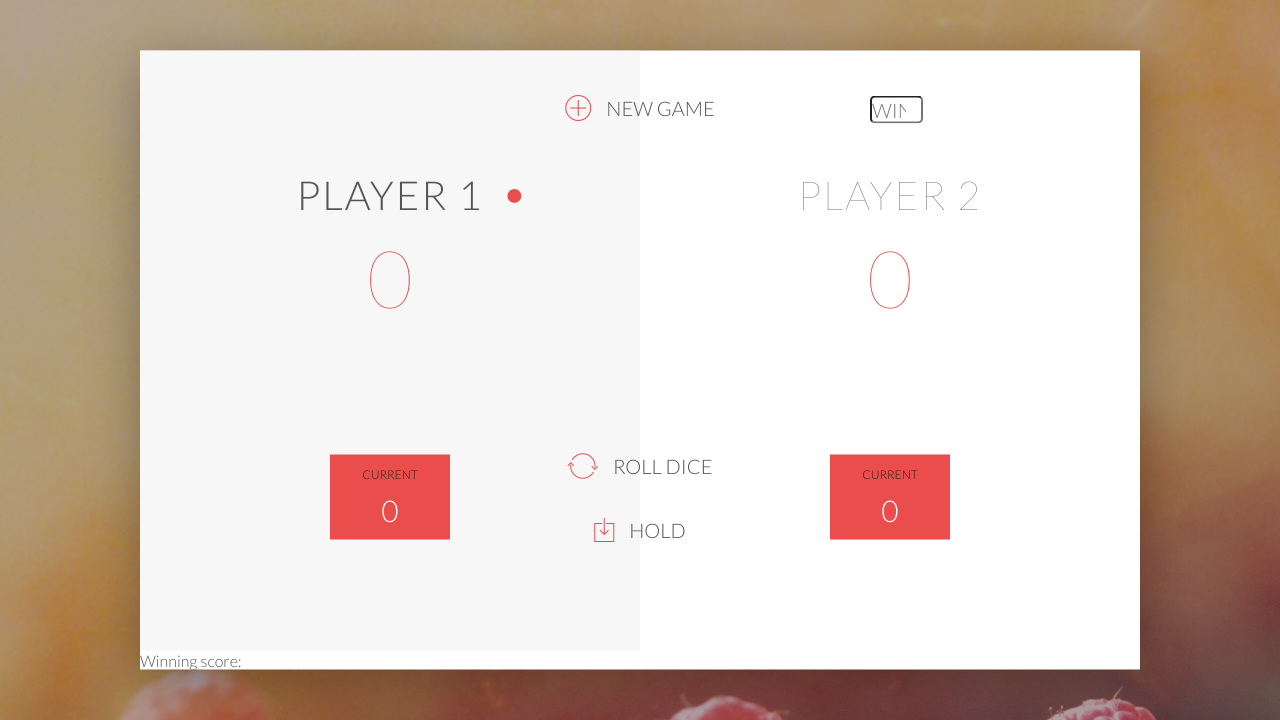
Repository: hexanek/hexanek.github.io
Page: pig-game/index.html
An editor plug-in stored every save of this project. The page is shown before and after a run of saves, followed by the edit.
The browser window is 1280 px wide. The pictures show the whole page.

Above is the page before, as saved 2019-12-19 23:55:38.

### pig-game/index.html
<!DOCTYPE html>
<html lang="en">
    <head>
        <meta charset="UTF-8">
        <link href="https://fonts.googleapis.com/css?family=Lato:100,300,600" rel="stylesheet" type="text/css">
        <link href="http://code.ionicframework.com/ionicons/2.0.1/css/ionicons.min.css" rel="stylesheet" type="text/css">
        <link type="text/css" rel="stylesheet" href="style.css">

        <title>Pig Game</title>
    </head>

    <body>
        <div class="wrapper clearfix">
            <div class="player-0-panel active">
                <div class="player-name" id="name-0">Player 1</div>
                <div class="player-score" id="score-0">43</div>
                <div class="player-current-box">
                    <div class="player-current-label">Current</div>
                    <div class="player-current-score" id="current-0">11</div>
                </div>
            </div>

            <div class="player-1-panel">
                <div class="player-name" id="name-1">Player 2</div>
                <div class="player-score" id="score-1">72</div>
                <div class="player-current-box">
                    <div class="player-current-label">Current</div>
                    <div class="player-current-score" id="current-1">0</div>
                </div>
            </div>

            <button class="btn-new"><i class="ion-ios-plus-outline"></i>New game</button>
            <button class="btn-roll"><i class="ion-ios-loop"></i>Roll dice</button>
            <button class="btn-hold"><i class="ion-ios-download-outline"></i>Hold</button>
            <!-- <button class="btn-save" form="formScore"><i class="ion-archive"></i>Save</button> -->
            <!-- <form class="form-score" id="formScore"> -->
            Winning score: <input class="input-score" type="number" name="WinningScore" placeholder="Winning score: " id="winScore">
            <!-- </form> -->
            <img src="dice-5.png" alt="Dice" class="dice">
            <img src="dice-5.png" alt="Dice2" class="dice2" id="dice2">

        </div>

        <script src="app.js"></script>
    </body>
</html>

### pig-game/style.css
/**********************************************
*** GENERAL
**********************************************/

* {
    margin: 0;
    padding: 0;
    box-sizing: border-box;

}

.clearfix::after {
    content: "";
    display: table;
    clear: both;
}

body {
    background-image: linear-gradient(rgba(62, 20, 20, 0.4), rgba(62, 20, 20, 0.4)), url(back.jpg);
    background-size: cover;
    background-position: center;
    font-family: Lato;
    font-weight: 300;
    position: relative;
    height: 100vh;
    color: #555;
}

.wrapper {
    width: 1000px;
    position: absolute;
    top: 50%;
    left: 50%;
    transform: translate(-50%, -50%);
    background-color: #fff;
    box-shadow: 0px 10px 50px rgba(0, 0, 0, 0.3);
    overflow: hidden;
}

.player-0-panel,
.player-1-panel {
    width: 50%;
    float: left;
    height: 600px;
    padding: 100px;
}



/**********************************************
*** PLAYERS
**********************************************/

.player-name {
    font-size: 40px;
    text-align: center;
    text-transform: uppercase;
    letter-spacing: 2px;
    font-weight: 100;
    margin-top: 20px;
    margin-bottom: 10px;
    position: relative;
}

.player-score {
    text-align: center;
    font-size: 80px;
    font-weight: 100;
    color: #EB4D4D;
    margin-bottom: 130px;
}

.active { background-color: #f7f7f7; }
.active .player-name { font-weight: 300; }

.active .player-name::after {
    content: "\2022";
    font-size: 47px;
    position: absolute;
    color: #EB4D4D;
    top: -7px;
    right: 10px;

}

.player-current-box {
    background-color: #EB4D4D;
    color: #fff;
    width: 40%;
    margin: 0 auto;
    padding: 12px;
    text-align: center;
}

.player-current-label {
    text-transform: uppercase;
    margin-bottom: 10px;
    font-size: 12px;
    color: #222;
}

.player-current-score {
    font-size: 30px;
}

button {
    position: absolute;
    width: 200px;
    left: 50%;
    transform: translateX(-50%);
    color: #555;
    background: none;
    border: none;
    font-family: Lato;
    font-size: 20px;
    text-transform: uppercase;
    cursor: pointer;
    font-weight: 300;
    transition: background-color 0.3s, color 0.3s;
}


button:hover { font-weight: 600; }
button:hover i { margin-right: 20px; }

button:focus {
    outline: none;
}

i {
    color: #EB4D4D;
    display: inline-block;
    margin-right: 15px;
    font-size: 32px;
    line-height: 1;
    vertical-align: text-top;
    margin-top: -4px;
    transition: margin 0.3s;
}

.btn-new { top: 45px;}
.btn-roll { top: 403px;}
.btn-hold { top: 467px;}
.btn-save {
    left: 90%;
    top: 45px;
}
/* .input-score {
     top: 83px;
     position: absolute;
    width: 53px;
    left: 50%;
    transform: translateX(-50%);
    color: #555;
    background: none;
    border-radius: 5px;
    font-family: Lato;
    font-size: 20px;
    text-transform: uppercase;
    cursor: default;
    font-weight: 300;
    transition: background-color 0.3s, color 0.3s;
    } */
.input:focus{
    border: 3px solid #555;
}
/* .form-score{
    top: 45px;
     position: absolute;
    width: 240px;
    left: 73%;
    transform: translateX(-50%);
    color: #555;
    background: none;
    border-radius: 5px;
    font-family: Lato;
    font-size: 20px;
    text-transform: uppercase;
    cursor: default;
    font-weight: 300;
    transition: background-color 0.3s, color 0.3s;
} */
.input-score {
    position: absolute;
    top: 45px;
    left: 73%;
    text-align: center;
    width: 53px;
    color: #555;
    background: none;
    border-radius: 5px;
    font-family: Lato;
    font-size: 20px;
    text-transform: uppercase;
    cursor: default;
    font-weight: 300;
    transition: background-color 0.3s, color 0.3s;
}

.dice {
    position: absolute;
    left: 55%;
    top: 178px;
    transform: translateX(-50%);
    height: 100px;
    box-shadow: 0px 10px 60px rgba(0, 0, 0, 0.10);
}
.dice2 {
    position: absolute;
    left: 45%;
    top: 178px;
    transform: translateX(-50%);
    height: 100px;
    box-shadow: 0px 10px 60px rgba(0, 0, 0, 0.10);
}

.winner { background-color: #f7f7f7; }
.winner .player-name { font-weight: 300; color: #EB4D4D; }

### pig-game/app.js

var scores, roundScore, activePlayer, gamePlaying, doubleSix, winScore, dice2, doubleSix2;
    init();



document.querySelector('.btn-roll').addEventListener('click', function(){
    if(gamePlaying){
    var dice = Math.floor(Math.random() * 6) + 1;
    var dice2 = Math.floor(Math.random() * 6) + 1;


    var diceDom = document.querySelector('.dice');
    diceDom.style.display = 'block';
    diceDom.src = 'dice-' + dice + '.png';

    var dice2Dom = document.querySelector('.dice2');
    dice2Dom.style.display = 'block';
    dice2Dom.src = 'dice-' + dice2 + '.png';

    if((dice === 6 && doubleSix === 6) || (dice2 === 6 && doubleSix2 === 6)){

        scores[activePlayer] = 0;
        document.querySelector('#score-' + activePlayer).textContent = scores[activePlayer];
        nextPlayer();
    }

    else if(dice !== 1 && doubleSix !== dice && doubleSix !== dice2) {

        roundScore += dice;
        roundScore += dice2;
        document.querySelector('#current-' + activePlayer).textContent = roundScore;

    } else {

        nextPlayer();


    }
    doubleSix = dice;
    doubleSix2 = dice2;

}


});




document.querySelector('.btn-hold').addEventListener('click', function(){
    if(gamePlaying){
    scores[activePlayer] += roundScore;
    document.querySelector('#score-' + activePlayer).textContent = scores[activePlayer];


    if (scores[activePlayer] >= winScore) {
        document.getElementById('name-' + activePlayer).textContent = 'Winner!';
        document.querySelector('.player-'+activePlayer+ '-panel').classList.add('winner');
        document.querySelector('.player-'+activePlayer+ '-panel').classList.remove('active');
        document.querySelector('.dice').style.display = 'none';
        document.querySelector('.dice2').style.display = 'none';
        gamePlaying = false;


    } else {
        nextPlayer();

    }
}
});

document.querySelector('.btn-new').addEventListener('click',  init);


function nextPlayer(){
    activePlayer === 0 ? activePlayer = 1 : activePlayer = 0;
        roundScore = 0;
        document.getElementById('current-0').textContent = '0';
        document.getElementById('current-1').textContent = '0';

        document.querySelector('.player-0-panel').classList.toggle('active');
        document.querySelector('.player-1-panel').classList.toggle('active');

        document.querySelector('.dice').style.display = 'none';
        document.querySelector('.dice2').style.display = 'none';
}

function init(){
    scores = [0,0];
    roundScore = 0;
    activePlayer = 0;
    gamePlaying = true;

    document.querySelector('.dice').style.display = 'none';
    document.querySelector('.dice2').style.display = 'none';

    //document.querySelector('#current-'+ activePlayer).textContent = dice;
    document.getElementById('score-0').textContent = '0';
    document.getElementById('score-1').textContent = '0';
    document.getElementById('current-0').textContent = '0';
    document.getElementById('current-1').textContent = '0';
    document.getElementById('name-0').textContent = 'Player 1';
    document.getElementById('name-1').textContent = 'Player 2';
    document.querySelector('.player-0-panel').classList.remove('winner');
    document.querySelector('.player-1-panel').classList.remove('winner');
    document.querySelector('.player-0-panel').classList.remove('active');
    document.querySelector('.player-1-panel').classList.remove('active');
    document.querySelector('.player-0-panel').classList.add('active');
    winScore = document.getElementById('winScore').value;


}

After the next 2 saves:
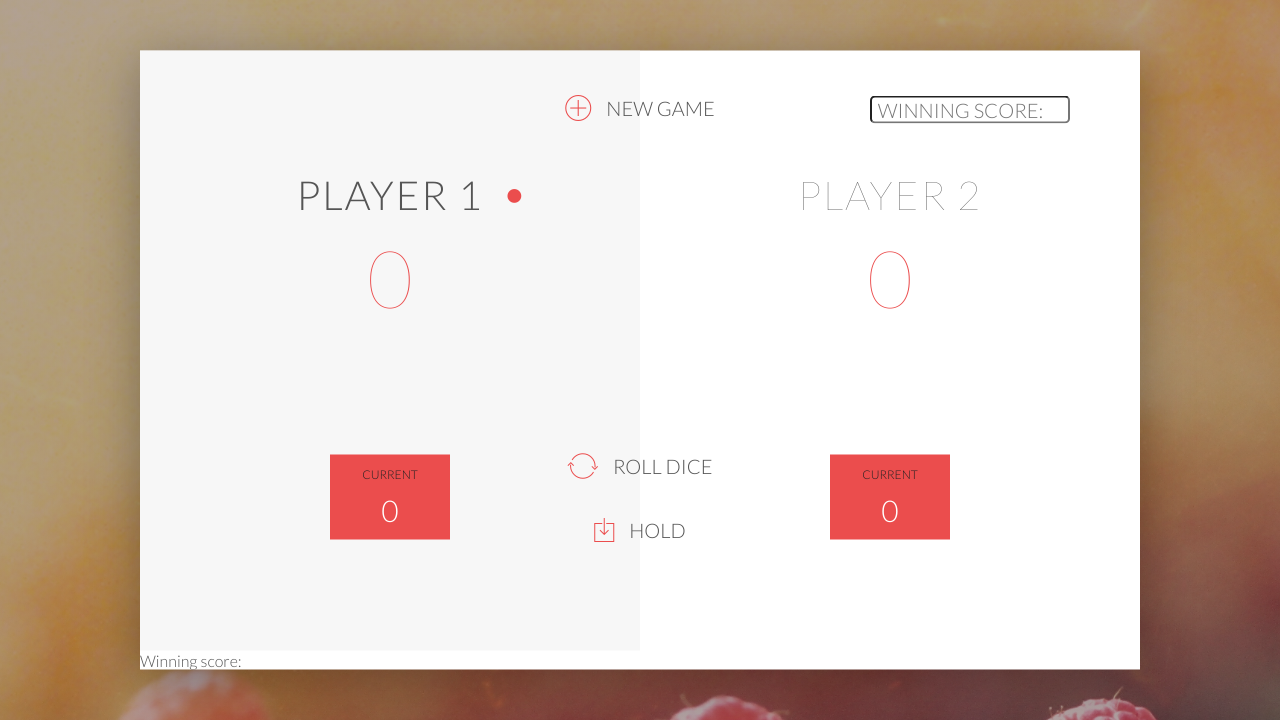
The 2 saves are shown as one change because they came seconds apart.
The last was saved 15 s later.
--- a/pig-game/style.css
+++ b/pig-game/style.css
@@ -185,7 +185,7 @@ i {
     top: 45px;
     left: 73%;
     text-align: center;
-    width: 53px;
+    width: 200px;
     color: #555;
     background: none;
     border-radius: 5px;
